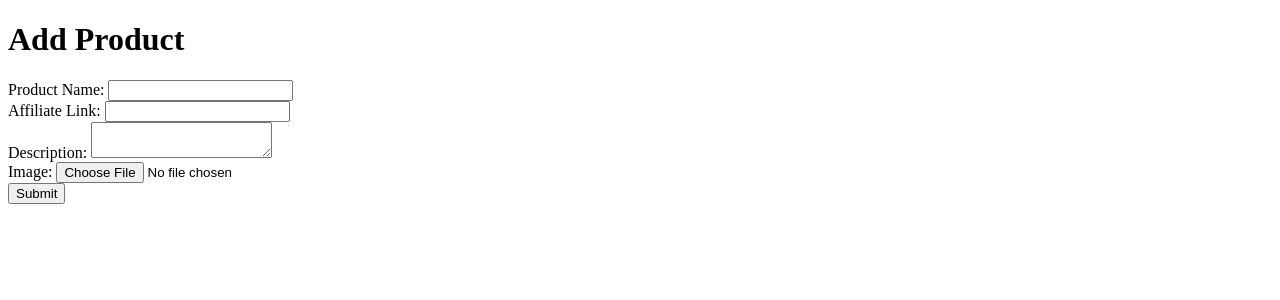
Repository: Natnael12119/TeleAff
Page: views/productForm.html
The author's editor kept a copy of each file at every save. The page is drawn from the files as they stood at one save, then again after the next save.
The browser window is 1280 px wide. The pictures show the whole page.

Above is the page before, as saved 2024-04-18 15:21:47.

### views/productForm.html
<!DOCTYPE html>
<html lang="en">
	<head>
		<meta charset="UTF-8" />
		<title>Add Product</title>
	</head>
	<body>
		<h1>Add Product</h1>
		<form action="/submit-product" method="post" enctype="multipart/form-data">
			<div>
				<label for="productName">Product Name:</label>
				<input type="text" id="productName" name="productName" required />
			</div>
			<div>
				<label for="affiliateLink">Affiliate Link:</label>
				<input type="text" id="affiliateLink" name="affiliateLink" required />
			</div>
			<div>
				<label for="description">Description:</label>
				<textarea id="description" name="description"></textarea>
			</div>
			<div>
				<label for="image">Image:</label>
				<input type="file" id="image" name="image" accept="image/*" />
			</div>
			<div>
				<button type="submit">Submit</button>
			</div>
		</form>
	</body>
</html>

### app.js
const saveProduct = async () => {
    const productName = document.getElementById('productName').value;
    const affiliateLink = document.getElementById('affiliateLink').value;
    const productImage = document.getElementById('productImage').files[0]; // Access file object

    const formData = new FormData(); // Create FormData for image upload
    formData.append('productName', productName);
    formData.append('affiliateLink', affiliateLink);
    formData.append('productImage', productImage); // Append image file

    try {
      const response = await fetch('/products', {
        method: 'POST',
        body: formData // Send form data
      });
      const data = await response.json();
      console.log(data); // Handle success response
    } catch (error) {
      console.error(error);
      // Handle errors (e.g., display error message to user)
    }
  };

After the next save:
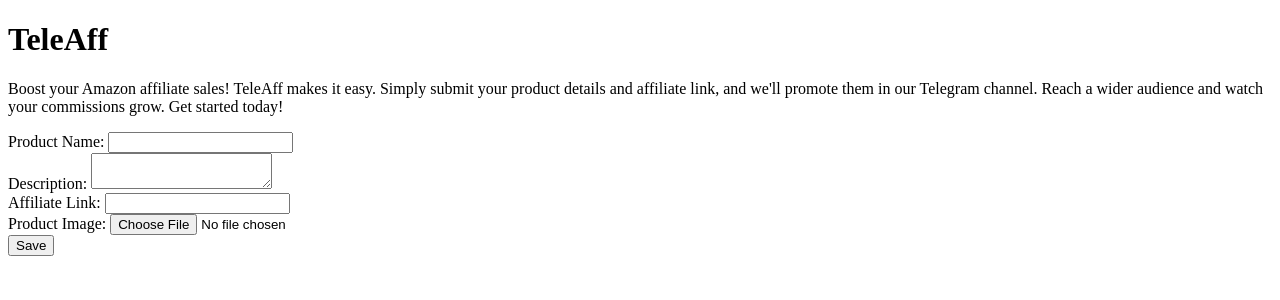
Saved 5 s later.
--- a/views/productForm.html
+++ b/views/productForm.html
@@ -1,31 +1,45 @@
 <!DOCTYPE html>
 <html lang="en">
-	<head>
-		<meta charset="UTF-8" />
-		<title>Add Product</title>
-	</head>
-	<body>
-		<h1>Add Product</h1>
-		<form action="/submit-product" method="post" enctype="multipart/form-data">
-			<div>
-				<label for="productName">Product Name:</label>
-				<input type="text" id="productName" name="productName" required />
-			</div>
-			<div>
-				<label for="affiliateLink">Affiliate Link:</label>
-				<input type="text" id="affiliateLink" name="affiliateLink" required />
-			</div>
-			<div>
-				<label for="description">Description:</label>
-				<textarea id="description" name="description"></textarea>
-			</div>
-			<div>
-				<label for="image">Image:</label>
-				<input type="file" id="image" name="image" accept="image/*" />
-			</div>
-			<div>
-				<button type="submit">Submit</button>
-			</div>
-		</form>
-	</body>
+<head>
+    <meta charset="UTF-8">
+    <title>Amazon Affiliate App</title>
+<body>
+        <h1>TeleAff</h1>
+        <p>Boost your Amazon affiliate sales!  TeleAff makes it easy. Simply submit your product details and affiliate link, and we'll promote them in our Telegram channel. Reach a wider audience and watch your commissions grow. Get started today!
+        </p>
+        <form id="productForm" enctype="multipart/form-data" onsubmit="submitProduct(event)">
+            <div class="form-group">
+                <label for="productName">Product Name:</label>
+                <input type="text" id="productName" name="productName" class="form-control">
+            </div>
+
+            <div class="form-group">
+                <label for="description">Description:</label>
+                <textarea id="description" name="description" class="form-control"></textarea>
+            </div>
+
+            <div class="form-group">
+                <label for="affiliateLink">Affiliate Link:</label>
+                <input type="text" id="affiliateLink" name="affiliateLink" class="form-control">
+            </div>
+
+            <div class="form-group">
+                <label for="productImage">Product Image:</label>
+                <input type="file" id="productImage" name="productImage" class="form-control">
+            </div>
+
+            <button type="submit" class="btn">Save</button>
+        </form>
+
+        <!-- Success and Error Messages -->
+        <div id="successMessage" style="display: none; color: green;">
+            Data is successfully saved!
+        </div>
+
+        <div id="errorMessage" style="display: none; color: red;">
+            Error saving data. Please try again.
+        </div>
+
+        <script src="/app.js"></script>
+</body>
 </html>
